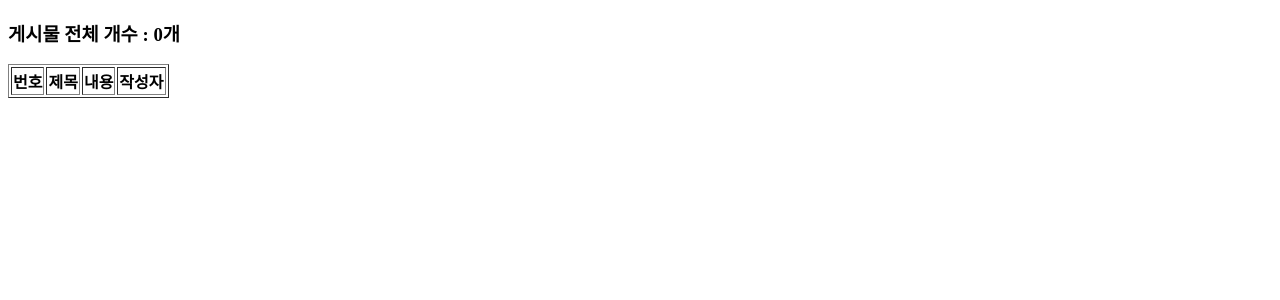
Repository: Hugh-KR/JSP_Project
Page: http://localhost/JSP_Project/product_all.jsp
An editor plug-in stored every save of this project. The page is shown before and after the next save, followed by the edit.
The browser window is 1280 px wide. The pictures show the whole page.
The page is served by Tomcat 9. Queries for data that is not in the repository find no rows.

Above is the page before, as saved 2022-11-08 06:27:56.

After the next save:
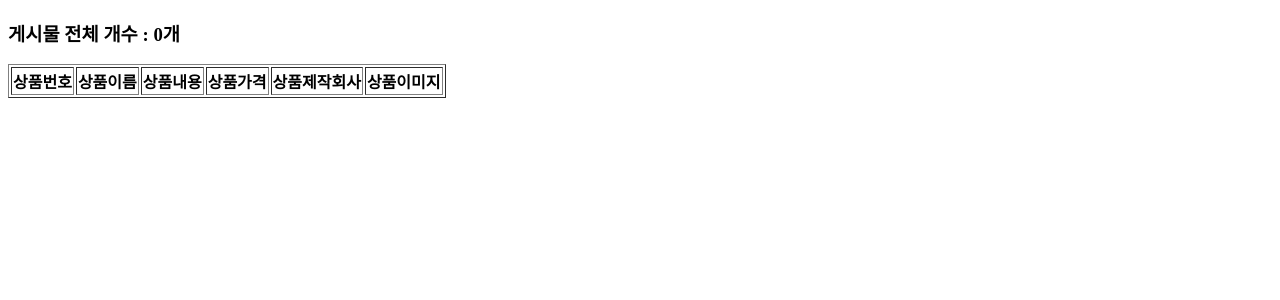
Saved 82 s later.
--- a/JSP_Project/src/main/webapp/product_all.jsp
+++ b/JSP_Project/src/main/webapp/product_all.jsp
@@ -21,10 +21,12 @@ ArrayList<ProductVO> list = dao.list();
 	</h3>
 	<table border="1">
 		<tr>
-			<th>번호</th>
-			<th>제목</th>
-			<th>내용</th>
-			<th>작성자</th>
+			<th>상품번호</th>
+			<th>상품이름</th>
+			<th>상품내용</th>
+			<th>상품가격</th>
+			<th>상품제작회사</th>
+			<th>상품이미지</th>
 		</tr>
 		<%
 		for (ProductVO bag : list) {
